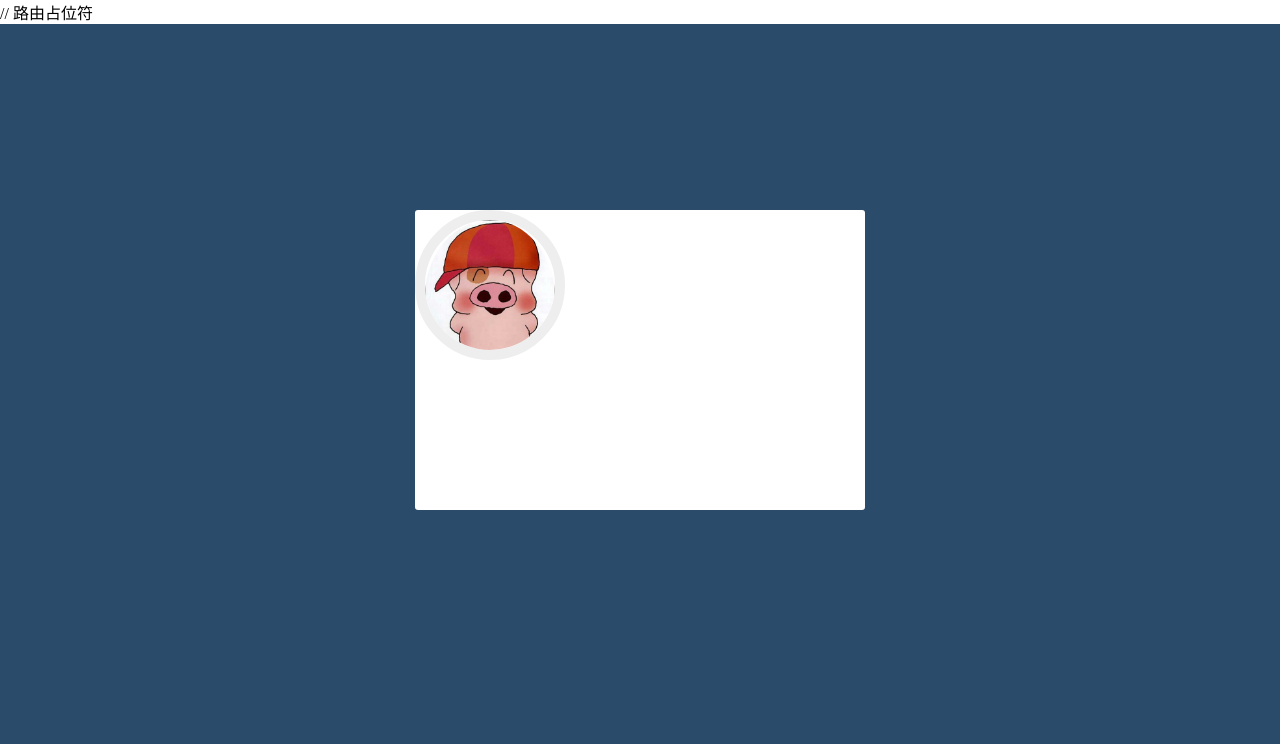
Repository: Japcy/onetwothree
Page: /
These files come from the project's save history. The page is drawn as it stood at one moment and after the next save; the edit follows.
The browser window is 1280 px wide. The pictures show the whole page.
The project was rebuilt for these pictures with package versions that can differ from the ones it lists, and the page was loaded fresh each time.

Above is the page before, as saved 2020-02-28 23:44:42.

After the next save:
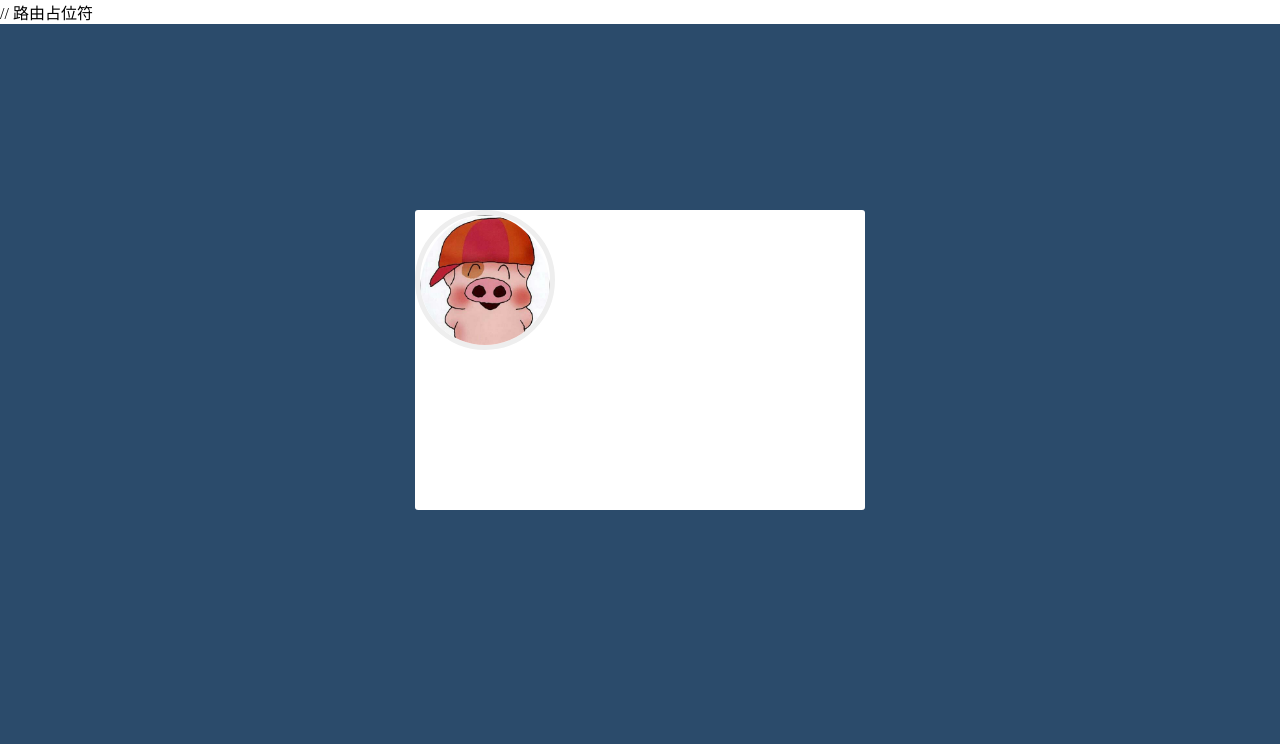
Saved 17 s later.
--- a/src/components/Login.vue
+++ b/src/components/Login.vue
@@ -37,7 +37,7 @@ export default {
   .avatar {
     width: 130px;
     height: 130px;
-    border: 10px solid #eee;
+    border: 5px solid #eee;
     border-radius: 50%;
     overflow: hidden;
     img {
